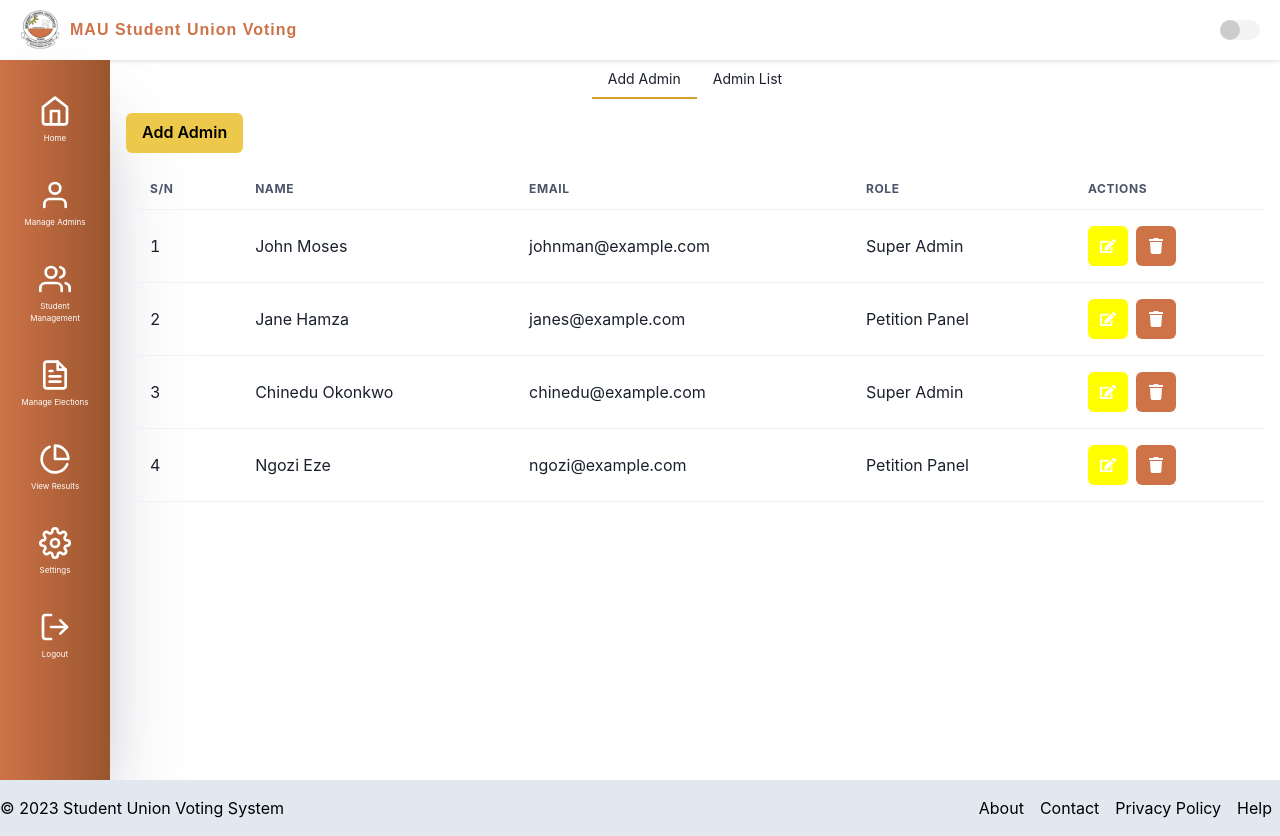
Repository: joena1o/e-vote
Page: /admin-dashboard/manage-admin
These files come from the project's save history. The page is drawn as it stood at one moment and after the next save; the edit follows.
The browser window is 1280 px wide. The pictures show the whole page.
The project was rebuilt for these pictures with package versions that can differ from the ones it lists, and the page was loaded fresh each time. Also part of the build but not shown: src/components/EnhancedLogin.js, src/components/maincontent/RegisterStudents/ManageStudents.js, src/components/maincontent/RegisterStudents/RegisterStudents.js, src/components/maincontent/RegisterStudents/StudentManagement.js, src/components/maincontent/ElectionResults/ViewResults.js, src/components/maincontent/ElectionResults/report.js, src/components/maincontent/ElectionResults/ViewElectionResults.js, src/components/maincontent/Settings/Settings.js and 21 more.

Above is the page before, as saved 2023-12-14 17:01:37.

### src/index.js
import React from 'react';
import ReactDOM from 'react-dom/client';
import './index.css';
import App from './App';
import reportWebVitals from './reportWebVitals';
import Modal from 'react-modal';

// Set the app element for the modal for accessibility purposes
Modal.setAppElement('#root');

const root = ReactDOM.createRoot(document.getElementById('root'));
root.render(
  <React.StrictMode>
    <App />
  </React.StrictMode>
);

// If you want to start measuring performance in your app, pass a function
// to log results (for example: reportWebVitals(console.log))
// or send to an analytics endpoint. Learn more: https://bit.ly/CRA-vitals
reportWebVitals();

### src/App.js
import React from 'react';
import { BrowserRouter as Router, Routes, Route, Navigate } from 'react-router-dom';
import EnhancedLogin from './components/EnhancedLogin';
import AdminDashboard from './components/AdminDashboard';
import StudentDashboard from './components/StudentDashboard';
import { ChakraProvider, ColorModeProvider, Button, useColorMode } from '@chakra-ui/react';
import { Provider } from 'react-redux';
import store from './Redux/store';
import ElectionCommitteeDashboard from './components/maincontent/ElectionCommitteeDashboard';


// Component to toggle dark mode
function DarkModeToggle() {
  const { colorMode, toggleColorMode } = useColorMode();
  return (
    <Button onClick={toggleColorMode} position="fixed" m={4} zIndex={10}>
      Toggle {colorMode === 'light' ? 'Dark' : 'Light'}
    </Button>
  );
}

function App() {
  // Check if the current route is not the "/login" route, then render the DarkModeToggle
  // const isLoginPage = window.location.pathname === '/login';

  return (
    <Provider store={store}>
      <ChakraProvider>
        <ColorModeProvider options={{ useSystemColorMode: true }}>
          <Router>
            <Routes>
              {/* Define your routes */}
              <Route path="/login" element={<EnhancedLogin />} />
              <Route path="/admin-dashboard/*" element={<AdminDashboard />} />
              <Route path="/ElectionCommittee-dashboard/*" element={<ElectionCommitteeDashboard />} />
              <Route path='/student-dashboard/*' element={<StudentDashboard />} />
              {/* Redirect root to /admin-dashboard */}
              <Route path="/" element={<Navigate to="/admin-dashboard" replace />} />
            </Routes>
          </Router>
          {/* Render DarkModeToggle only if not on the "/login" page */}
          {/* {!isLoginPage && <DarkModeToggle />} */}
        </ColorModeProvider>
      </ChakraProvider>
    </Provider>
  );
}

export default App;

### src/components/AdminDashboard.js
// AdminDashboard.js
import React from 'react';
import { Routes, Route } from 'react-router-dom';
import StudentManagement from './maincontent/RegisterStudents/StudentManagement';
import ViewResults from './maincontent/ElectionResults/ViewElectionResults';
import Settings from './maincontent/Settings/Settings';
import Home from './maincontent/home/Home';
import ManageAdmin from './maincontent/ManageAdmins/ManageAdmins';
import ManageElections from './maincontent/ManageElections/ManageElections';
import Sidebar from './Sidebar';
import Navbar from './Navbar';
import Footer from './Footer';// Import the Footer component
import styled from 'styled-components';
import ElectionVotesLog from './maincontent/ElectionResults/report';


const Container = styled.div`
  display: flex;
  flex-direction: column;
  height: 100vh;
  width: 100%;
`;

const Content = styled.div`
  display: flex;
  flex: 1;
`;

const AdminDashboard = () => {
  return (
    <Container>
      <Navbar />
      <Content>
        <Sidebar />
        <Routes>
          <Route index element={<Home />} />
          <Route path="student-management" element={<StudentManagement />} />
          <Route path="view-results" element={<ViewResults />} />
          <Route path="settings" element={<Settings />} />
          <Route path="manage-admin" element={<ManageAdmin />} />
          <Route path="manage-elections" element={<ManageElections />} />
          <Route path="election-Results" element={<ElectionVotesLog />} />
        </Routes>
      </Content>
      <Footer />
    </Container>
  );
};

export default AdminDashboard;

### src/Redux/store.js
import { configureStore } from '@reduxjs/toolkit';
import electionReducer from './electionSlice';
import studentsReducer from './studentsSlice';
import candidatesReducer from './CandidateSlice'; // Import the candidates reducer

const store = configureStore({
  reducer: {
    elections: electionReducer,
    students: studentsReducer,
    candidates: candidatesReducer, // Add the candidates reducer here
  },
});

export default store;

### src/components/maincontent/ManageAdmins/ManageAdmins.js
import React, { useState } from 'react';
import { Tabs, TabList, TabPanels, Tab, TabPanel, Box, Flex, Heading } from '@chakra-ui/react';
import AddAdmin from './AddAdmin';
import AdminList from './AdminList';

const ManageAdmins = () => {
  const [activeTab, setActiveTab] = useState(0);

  const handleTabChange = (index) => {
    setActiveTab(index);
  };

  return (
    <Flex direction="column" align="center" w="100%" h="100vh">

      <Box w="100%">
        <Tabs index={activeTab} onChange={handleTabChange} isLazy w="100%">
          <TabList display="flex" justifyContent="center" mx="auto" borderBottom="none">
            <Tab fontSize="sm" px={4} py={2} _selected={{ borderBottom: '2px solid', borderColor: 'yellow.500' }}>
              Add Admin
            </Tab>
            <Tab fontSize="sm" px={4} py={2} _selected={{ borderBottom: '2px solid', borderColor: 'yellow.500' }}>
              Admin List
            </Tab>
          </TabList>
          <TabPanels>
            <TabPanel>
              <AddAdmin />
            </TabPanel>
            <TabPanel>
              <AdminList />
            </TabPanel>
          </TabPanels>
        </Tabs>
      </Box>
    </Flex>
  );
};

export default ManageAdmins;

### src/components/Sidebar.js
import React from 'react';
import styled from 'styled-components';
import { Link } from 'react-router-dom';
import { FiHome, FiUser, FiUsers, FiFileText, FiSettings, FiLogOut, FiPieChart } from 'react-icons/fi';
import { useColorMode } from '@chakra-ui/react';

const SidebarContainer = styled.nav`
  background: ${props => (props.theme === 'dark' ? '#333' : 'linear-gradient(to right, #ce7348, #9a552e)')};
  padding: 15px;
  height: 100vh;
  color: #fff;
  box-shadow: rgba(50, 50, 93, 0.25) 0px 50px 100px -20px, rgba(0, 0, 0, 0.3) 0px 30px 60px -30px;
  display: flex;
  flex-direction: column;
`;

const LinkList = styled.ul`
  list-style-type: none;
  padding: 0;
  flex: 1;
`;

const StyledLink = styled(Link)`
  text-decoration: none;
  color: #fff;
  display: flex;
  flex-direction: column;
  align-items: center;
  transition: color 0.3s ease;
  margin-bottom: 15px;
  cursor: pointer;
  font-size: 0.5rem;

  &:hover {
    color: #fce364;
  }

  width: 80px;
  text-align: center;
  word-wrap: break-word;
  overflow-wrap: break-word;

  @media (max-width: 768px) {
    font-size: 0.4rem;
  }

  @media (max-width: 480px) {
    font-size: 0.3rem;
  }
`;

const LinkItem = styled.li`
  display: flex;
  align-items: center;
  margin-top: 20px;
`;

const Icon = styled.div`
  font-size: 2rem;
  color: #fff;

  @media (max-width: 768px) {
    font-size: 0.9rem;
  }

  @media (max-width: 480px) {
    font-size: 0.8rem;
  }

  margin-bottom: 5px;

  ${StyledLink}:hover & {
    color: #fce364;  // Change icon color when the link is hovered
  }
`;

function Sidebar() {
  const { colorMode } = useColorMode();

  return (
    <SidebarContainer theme={colorMode}>
      <LinkList>
        <LinkItem>
          <StyledLink to="/admin-dashboard">
            <Icon><FiHome /></Icon>
            Home
          </StyledLink>
        </LinkItem>
        <LinkItem>
          <StyledLink to="/admin-dashboard/manage-admin">
            <Icon><FiUser /></Icon>
            Manage Admins
          </StyledLink>
        </LinkItem>
        <LinkItem>
          <StyledLink to="/admin-dashboard/student-management">
            <Icon><FiUsers /></Icon>
            Student Management
          </StyledLink>
        </LinkItem>
        <LinkItem>
          <StyledLink to="/admin-dashboard/manage-elections">
            <Icon><FiFileText /></Icon>
            Manage Elections
          </StyledLink>
        </LinkItem>
        <LinkItem>
          <StyledLink to="/admin-dashboard/view-results">
            <Icon><FiPieChart /></Icon>
            View Results
          </StyledLink>
        </LinkItem>
        <LinkItem>
          <StyledLink to="/admin-dashboard/settings">
            <Icon><FiSettings /></Icon>
            Settings
          </StyledLink>
        </LinkItem>
        <LinkItem>
          <StyledLink to="/logout">
            <Icon><FiLogOut /></Icon>
            Logout
          </StyledLink>
        </LinkItem>
      </LinkList>
    </SidebarContainer>
  );
}

export default Sidebar;

### src/components/Navbar.js
import React from 'react';
import styled, { createGlobalStyle } from 'styled-components';
import logo from '../assets/school_logo.jpg';
import { useColorMode } from '@chakra-ui/react';

const GlobalStyle = createGlobalStyle`
  body {
    background-color: ${props => (props.theme === 'dark' ? '#333' : '#fff')};
    color: ${props => (props.theme === 'dark' ? '#fff' : '#000')}; // Set other component texts to black in light mode
  }
`;

const Header = styled.header`
  background: ${props => (props.theme === 'dark' ? '#333' : '#fff')};
  color: ${props => (props.theme === 'dark' ? '#fff' : '#ce7348')}; // Set navbar text to brown in light mode
  padding: 10px 20px;
  display: flex;
  align-items: center;
  justify-content: flex-start;
  box-shadow: 0px 2px 4px rgba(0, 0, 0, 0.1);
  font-family: 'Poppins', sans-serif;
`;


const Logo = styled.img`
  width: 40px;
  height: 40px;
  border-radius: 20px;
  margin-right: 10px;
`;

const Title = styled.h1`
  margin: 0;
  padding: 0;
  font-size: 1rem;
  font-weight: 600;
  letter-spacing: 1px;
`;

const ToggleSlider = styled.label`
  display: flex;
  align-items: center;
  cursor: pointer;
  margin-left: auto;
`;

const SliderInput = styled.input.attrs({ type: 'checkbox' })`
  display: none;
`;

const Slider = styled.div`
  width: 40px;
  height: 20px;
  background-color: ${props => (props.theme === 'dark' ? '#333' : '#f4f4f4')};
  border-radius: 20px;
  position: relative;
  transition: background-color 0.3s ease;
  cursor: pointer;

  &::after {
    content: '';
    width: 20px;
    height: 20px;
    border-radius: 50%;
    background-color: ${props => (props.theme === 'dark' ? '#fff' : '#ccc')};
    position: absolute;
    top: 50%;
    transform: translateY(-50%);
    left: ${props => (props.theme === 'dark' ? '20px' : '0')};
    transition: left 0.3s ease;
  }
`;

function Navbar() {
  const { colorMode, toggleColorMode } = useColorMode();

  return (
    <>
      <GlobalStyle theme={colorMode} />
      <Header theme={colorMode}>
        <Logo src={logo} alt="University Logo" />
        <Title>MAU Student Union Voting</Title>
        <ToggleSlider>
          <SliderInput type="checkbox" onChange={toggleColorMode} />
          <Slider theme={colorMode} />
        </ToggleSlider>
      </Header>
    </>
  );
}

export default Navbar;

### src/components/Footer.js
import React from 'react';
import { Box, Flex, Text, Link } from '@chakra-ui/react';

const Footer = ({ colorMode }) => {
  const handleDownloadDocumentation = () => {

    const pdfUrl = '/path/to/your/documentation.pdf';

    //  anchor element that triggers  download
    const link = document.createElement('a');
    link.href = pdfUrl;
    link.download = 'documentation.pdf';
    link.click();
  };

    return (
      <Box as="footer" mt="auto" py={4} bg={colorMode === 'dark' ? 'gray.800' : 'gray.200'} color={colorMode === 'dark' ? 'white' : 'black'}>
        <Flex justify="space-between" align="center">
          <Text>&copy; 2023 Student Union Voting System</Text>
          <Flex>
            <Link mx={2} href="#about">
              About
            </Link>
            <Link mx={2} href="#contact">
              Contact
            </Link>
            <Link mx={2} href="#privacy">
              Privacy Policy
            </Link>
            <Link mx={2} onClick={handleDownloadDocumentation}>
              Help
            </Link>
          </Flex>
        </Flex>
      </Box>
    );
  };

  export default Footer;

### src/Redux/electionSlice.js
/*import { createSlice, createAsyncThunk } from '@reduxjs/toolkit';
import { API, graphqlOperation } from 'aws-amplify';
import { createElection as createElectionAPI } from '../graphql/mutations';

export const createElection = createAsyncThunk(
  'elections/createElection',
  async (election, { rejectWithValue }) => {
    try {
      const result = await API.graphql(graphqlOperation(createElectionAPI, { input: election }));
      return result.data.createElection;
    } catch (error) {
      return rejectWithValue(error);
    }
  }
);

const electionSlice = createSlice({
  name: 'elections',
  initialState: [],
  reducers: {},
  extraReducers: (builder) => {
    builder.addCase(createElection.fulfilled, (state, action) => {
      state.push(action.payload);
    });
  },
});

export default electionSlice.reducer;
*/

### src/Redux/studentsSlice.js
import { createSlice } from '@reduxjs/toolkit';

export const studentsSlice = createSlice({
  name: 'students',
  initialState: [],
  reducers: {
    addStudents: (state, action) => {
      // Add students to the Redux store
      action.payload.forEach(student => {
        state.push(student);
      });
    },
  },
});

export const { addStudents } = studentsSlice.actions;

export default studentsSlice.reducer;

### src/Redux/CandidateSlice.js

import { createSlice } from '@reduxjs/toolkit';

export const candidatesSlice = createSlice({
  name: 'candidates',
  initialState: [],
  reducers: {
    setCandidates: (state, action) => {
      return action.payload;
    },
  },
});

export const { setCandidates } = candidatesSlice.actions;
export default candidatesSlice.reducer;

### src/components/maincontent/ManageAdmins/AddAdmin.js
import React, { useState } from 'react';
import {
  Box,
  VStack,
  useColorModeValue,
  Button,
  Input,
  Modal,
  ModalOverlay,
  ModalContent,
  ModalHeader,
  ModalFooter,
  ModalBody,
  ModalCloseButton,
  FormControl,
  FormLabel,
  Container,
  IconButton,
  Table,
  Thead,
  Tbody,
  Tr,
  Th,
  Td,
} from '@chakra-ui/react';
import Select from 'react-select';
import { FaEdit, FaTrash } from 'react-icons/fa';

const AddAdmin = () => {
  const colorModeValue = useColorModeValue('gray.200', 'gray.600');

  const [isOpen, setIsOpen] = useState(false);

  const initialAdminData = {
    name: '',
    email: '',
    role: { value: 'Super Admin', label: 'Super Admin' },
  };

  const [adminData, setAdminData] = useState(initialAdminData);

  const [admins, setAdmins] = useState([
    {
      name: 'John Moses',
      email: 'johnman@example.com',
      role: { value: 'Super Admin', label: 'Super Admin' },
    },
    {
      name: 'Jane Hamza',
      email: 'janes@example.com',
      role: { value: 'Petition Panel', label: 'Petition Panel' },
    },
    {
      name: 'Chinedu Okonkwo',
      email: 'chinedu@example.com',
      role: { value: 'Super Admin', label: 'Super Admin' },
    },
    {
      name: 'Ngozi Eze',
      email: 'ngozi@example.com',
      role: { value: 'Petition Panel', label: 'Petition Panel' },
    },
  ]);

  const handleInputChange = (name, value) => {
    setAdminData({ ...adminData, [name]: value });
  };

  const openModal = () => {
    setIsOpen(true);
  };

  const closeModal = () => {
    setIsOpen(false);
    setAdminData(initialAdminData);
  };

  const handleSubmit = () => {
    // Add your logic to handle admin data submission here
    console.log('Admin Data Submitted:', adminData);

    // Add the admin data to the admins state
    setAdmins([...admins, adminData]);

    closeModal();
  };

  const handleEditAdmin = (index) => {
    // Add logic to edit admin here, e.g., open a modal for editing
    console.log('Editing admin at index:', index);
  };

  const handleDeleteAdmin = (index) => {
    // Add logic to delete admin here, e.g., show a confirmation modal
    console.log('Deleting admin at index:', index);
  };

  return (
    <Container maxW="100vw" w="100" p={0}>
      <Box>
        <Button colorScheme="yellow" onClick={openModal}>
          Add Admin
        </Button>

        <Modal isOpen={isOpen} onClose={closeModal} size="sm">
          <ModalOverlay />
          <ModalContent
            borderRadius="8px"
            bg={colorModeValue}
            color={colorModeValue === 'gray.200' ? 'black' : 'white'}
          >
            <ModalHeader
              fontSize="lg"
              fontWeight="bold"
              borderBottom="1px solid"
              borderColor={
                colorModeValue === 'gray.200' ? 'gray.300' : 'gray.600'
              }
            >
              Add New Admin
            </ModalHeader>
            <ModalCloseButton />
            <ModalBody>
              <VStack spacing={4}>
                <FormControl>
                  <FormLabel>Name:</FormLabel>
                  <Input
                    type="text"
                    name="name"
                    value={adminData.name}
                    onChange={(e) => handleInputChange('name', e.target.value)}
                  />
                </FormControl>
                <FormControl>
                  <FormLabel>Email:</FormLabel>
                  <Input
                    type="email"
                    name="email"
                    value={adminData.email}
                    onChange={(e) => handleInputChange('email', e.target.value)}
                  />
                </FormControl>
                <FormControl>
                  <FormLabel>Role:</FormLabel>
                  <Select
                    options={[
                      { value: 'Super Admin', label: 'Super Admin' },
                      { value: 'Petition Panel', label: 'Petition Panel' },
                    ]}
                    value={adminData.role}
                    onChange={(selectedOption) =>
                      handleInputChange('role', selectedOption)
                    }
                  />
                </FormControl>
              </VStack>
            </ModalBody>
            <ModalFooter
              borderTop="1px solid"
              borderColor={
                colorModeValue === 'gray.200' ? 'gray.300' : 'gray.600'
              }
            >
              <Button
                bg="brown"
                color="white"
                _hover={{ bg: 'brown.600' }}
                _focus={{ boxShadow: 'none' }}
                onClick={handleSubmit}
              >
                Add Admin
              </Button>
            </ModalFooter>
          </ModalContent>
        </Modal>
      </Box>

      <Table variant="simple" mt={4} w="100%">
        <Thead>
          <Tr>
            <Th>S/N</Th>
            <Th>Name</Th>
            <Th>Email</Th>
            <Th>Role</Th>
            <Th>Actions</Th>
          </Tr>
        </Thead>
        <Tbody>
          {admins.map((admin, index) => (
            <Tr key={index}>
              <Td>{index + 1}</Td>
              <Td>{admin.name}</Td>
              <Td>{admin.email}</Td>
              <Td>{admin.role.label}</Td>
              <Td>
                <IconButton
                  icon={<FaEdit />}
                  colorScheme="blue"
                  onClick={() => handleEditAdmin(index)}
                  aria-label="Edit"
                  bg="yellow"
                  mr={2}
                />
                <IconButton
                  icon={<FaTrash />}
                  colorScheme="red"
                  onClick={() => handleDeleteAdmin(index)}
                  aria-label="Delete"
                  bg="#ce7348"
                />
              </Td>
            </Tr>
          ))}
        </Tbody>
      </Table>
    </Container>
  );
};

export default AddAdmin;

Loaded but not shown: public/index.html (common file); src/index.css (common file); src/reportWebVitals.js (common file)

After the next save:
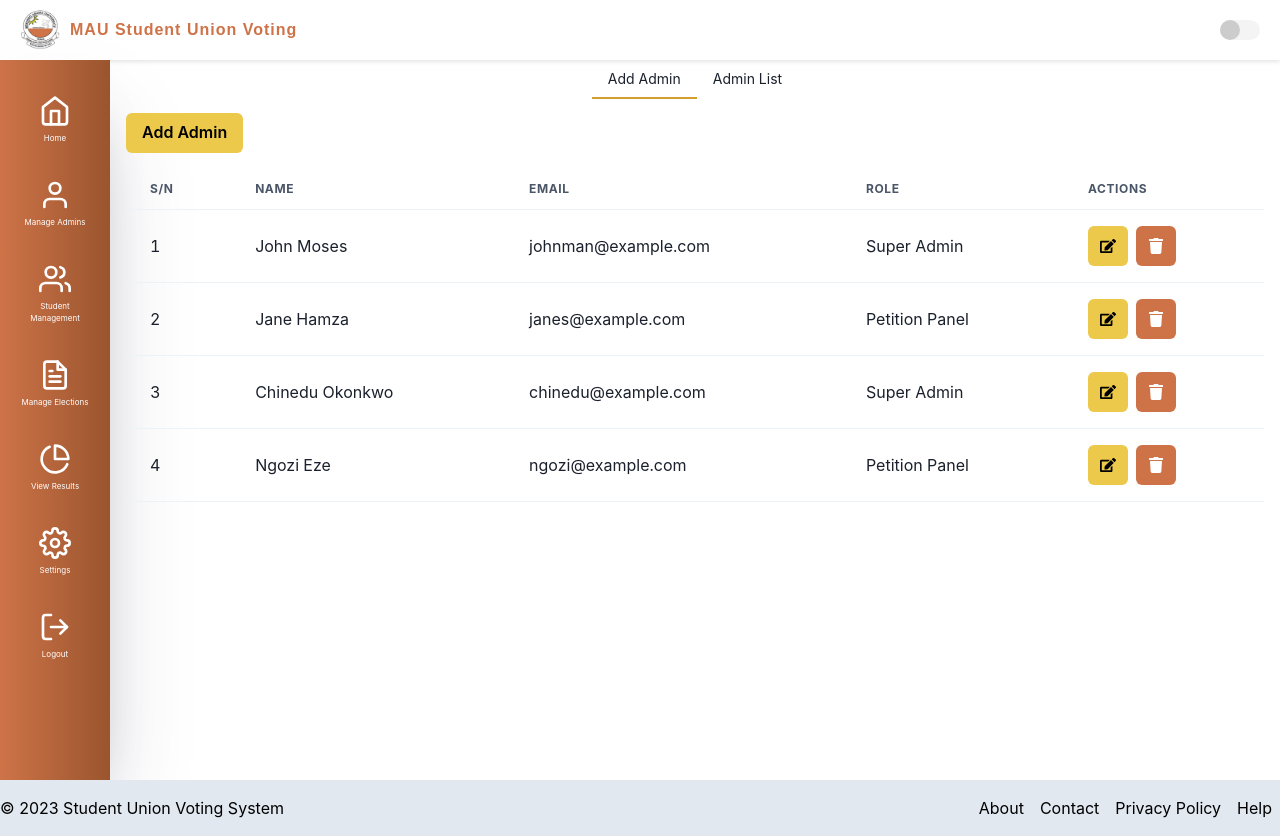
Saved 55 s later.
--- a/src/components/maincontent/ManageAdmins/AddAdmin.js
+++ b/src/components/maincontent/ManageAdmins/AddAdmin.js
@@ -198,7 +198,7 @@ const AddAdmin = () => {
                   colorScheme="blue"
                   onClick={() => handleEditAdmin(index)}
                   aria-label="Edit"
-                  bg="yellow"
+                  colorScheme="yellow"
                   mr={2}
                 />
                 <IconButton
